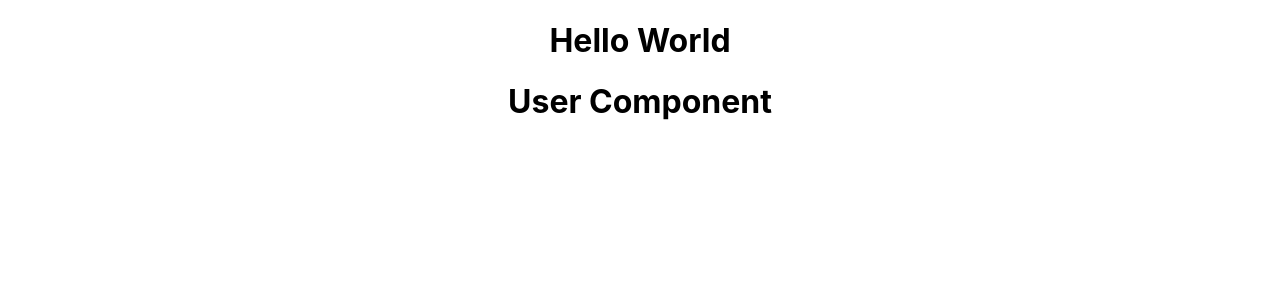
Repository: DeepikaSuretek/React
Page: / (app in practice-app/)
An editor plug-in stored every save of this project. The page is shown before and after the next save, followed by the edit.
The browser window is 1280 px wide. The pictures show the whole page.
The project was rebuilt for these pictures with package versions that can differ from the ones it lists, and the page was loaded fresh each time.

Above is the page before, as saved 2024-07-08 17:43:16.

After the next save:
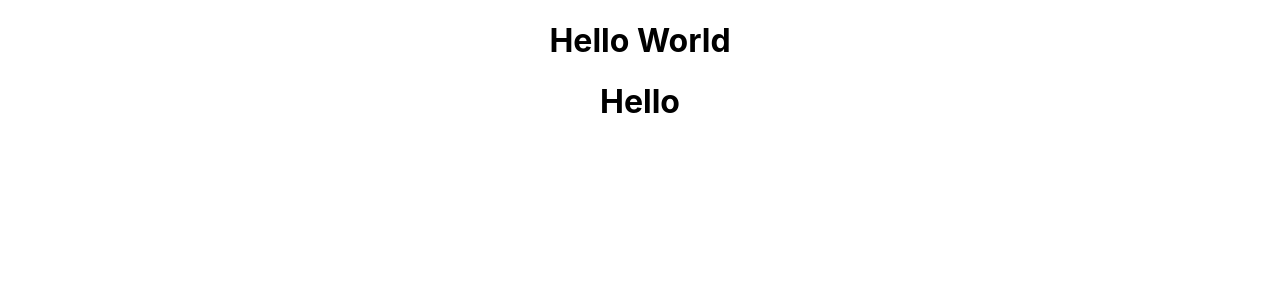
Saved 5 min 41 s later.
--- a/practice-app/src/functional-component/function.js
+++ b/practice-app/src/functional-component/function.js
@@ -1,6 +1,6 @@
 function User() {
     return(
-        <h1>User Component</h1>
+        <h1>Hello </h1>
     )
 }
 
